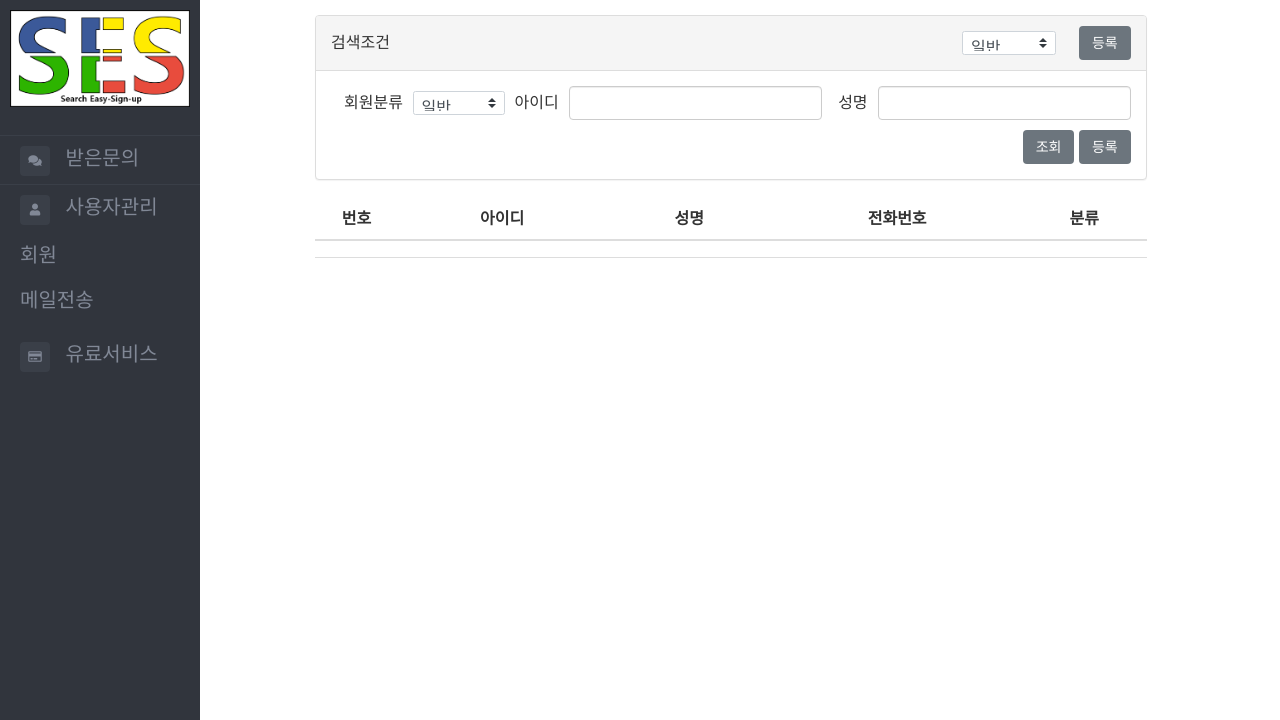
Repository: hyun5292/school
Page: http://localhost/adminSES/WEB-INF/views/member/m_search.jsp
An editor plug-in stored every save of this project. The page is shown before and after the next save, followed by the edit.
The browser window is 1280 px wide. The pictures show the whole page.
Some web libraries are served in a nearby version. The page is served by Tomcat 9. Nobody is signed in. The template is opened directly, without the code that normally fills it, so the values that code supplies are empty.

Above is the page before, as saved 2020-11-09 13:37:59.

After the next save:
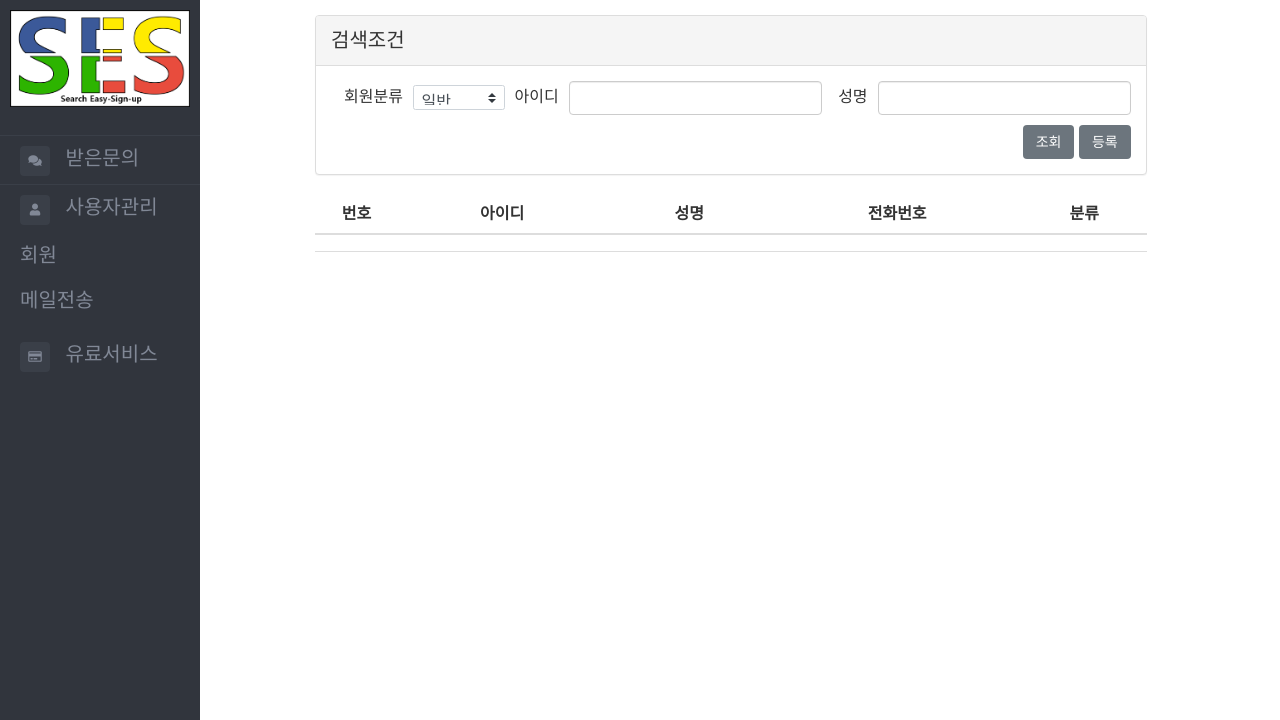
Saved 13 s later.
--- a/sesAdmin/adminSES/src/main/webapp/WEB-INF/views/member/m_search.jsp
+++ b/sesAdmin/adminSES/src/main/webapp/WEB-INF/views/member/m_search.jsp
@@ -92,20 +92,7 @@ function SearchMember() {
 				<div class="col-md-10">
 					<div class="panel panel-default">
 						<div class="panel-heading">
-							<table width="100%">
-								<tr>
-									<td width="82%">검색조건</td>
-									<td width="12%" align="right"><select
-										class="custom-select">
-											<option value="일반">일반</option>
-											<option value="직원">직원</option>
-											<option value="SNS사">SNS사</option>
-									</select></td>
-									<td width="3%"></td>
-									<td width="8%" align="center"><button type="button"
-											class="btn btn-secondary">등록</button></td>
-								</tr>
-							</table>
+							검색조건
 						</div>
 						<div class="panel-body">
 							<table width="100%">
